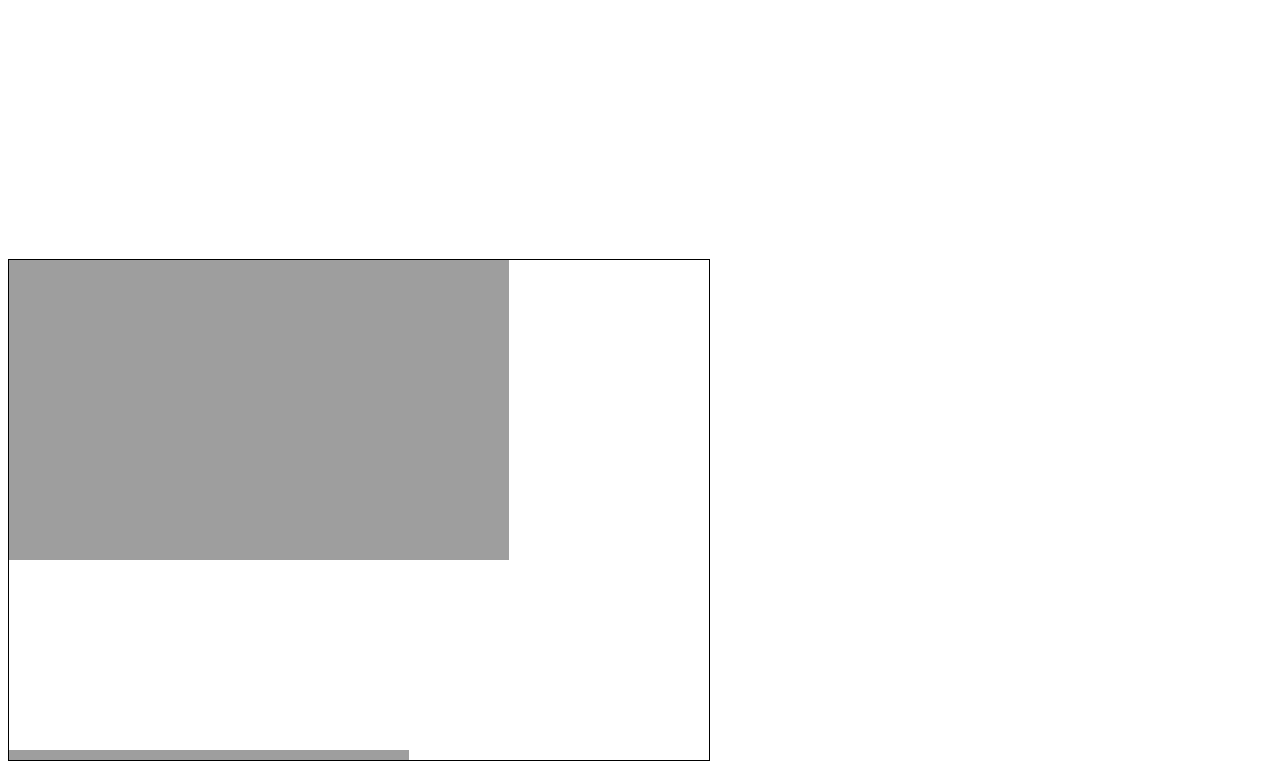
Repository: Tranduchieu2002/FlappyBird
Page: Flappy.html
An editor plug-in stored every save of this project. The page is shown before and after the next save, followed by the edit.
The browser window is 1280 px wide. The pictures show the whole page.

Above is the page before, as saved 2021-09-14 14:58:55.

After the next save:
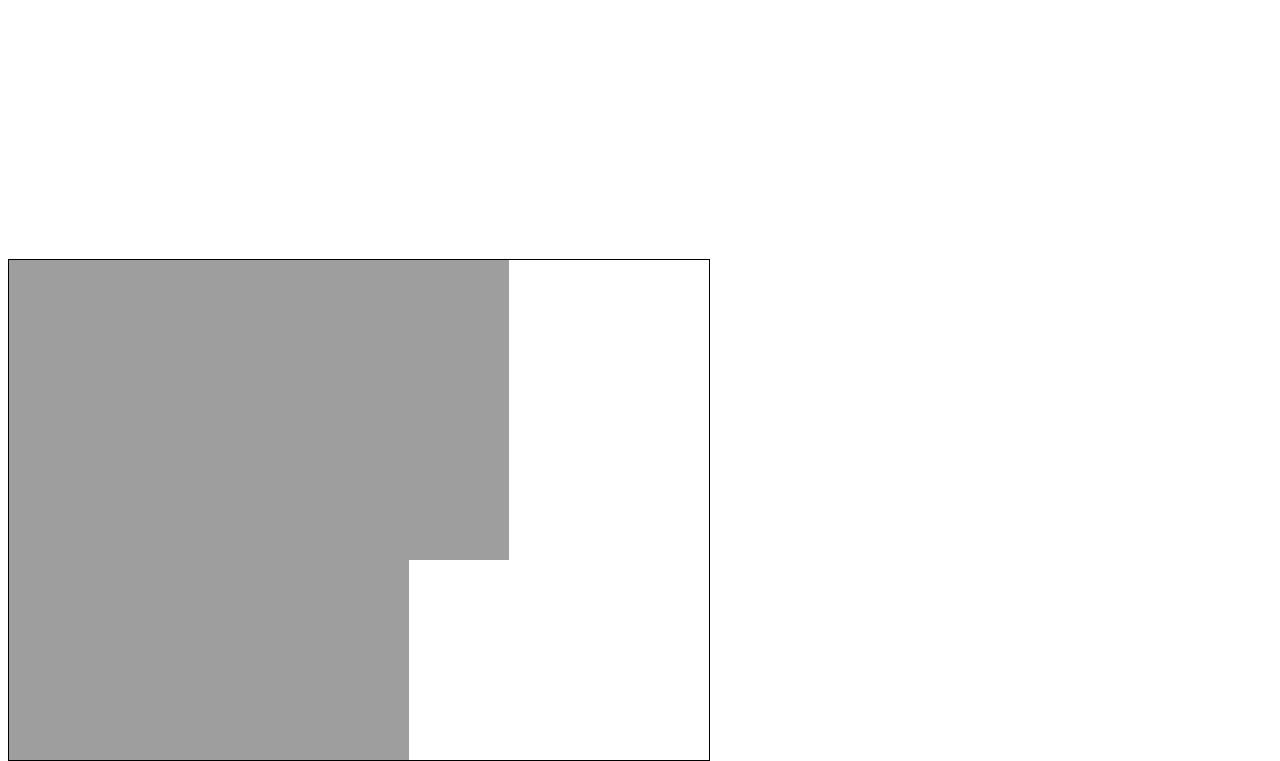
Saved 13 s later.
--- a/index.js
+++ b/index.js
@@ -24,6 +24,6 @@ bg.src =
   ctx.drawImage(pipeNorth,100,0)
   ctx.drawImage(bg, 0, 0);
   ctx.drawImage(bird, 0, 0, 50, 50);
-  ctx.drawImage(fg,0,hC-10)
+  ctx.drawImage(fg,0,hC-fg.height)
   requestAnimationFrame(draw);
 })();
